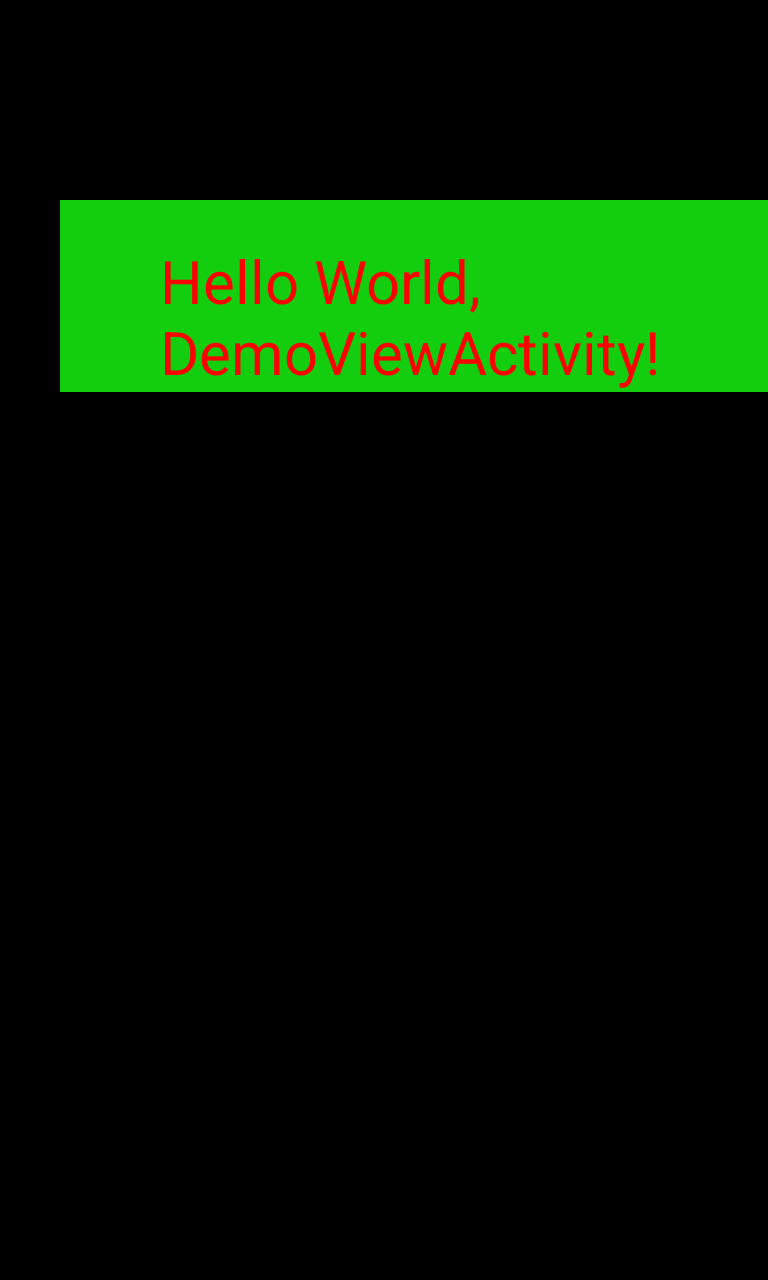
Repository: GuangmingChan/DevelopAndroidApp
Layout: demoView/res/layout/main.xml
An editor plug-in stored every save of this project. The layout is shown before and after the next save, followed by the edit.
It is drawn on a 768 x 1280 px phone screen (xhdpi) without system bars, with theme android:Theme.Holo; the app's code is not run.

Above is the layout before, as saved 2017-03-10 02:40:08.

After the next save:
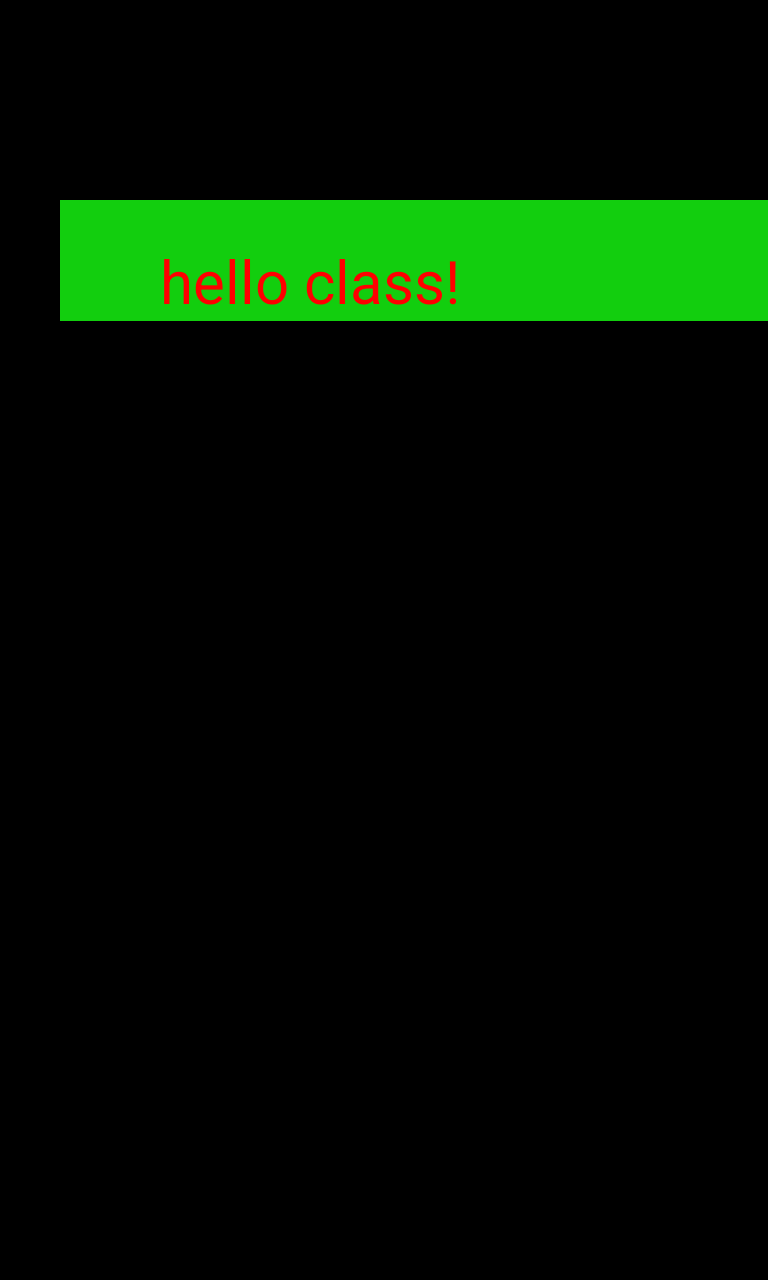
Saved 31 s later.
--- a/demoView/res/layout/main.xml
+++ b/demoView/res/layout/main.xml
@@ -14,6 +14,6 @@
         android:layout_marginLeft="30dp"
         android:textSize="30sp"
         android:textColor="#f00"
-        android:text="@string/hello" />
+        android:text="hello class!" />
 
 </LinearLayout>
